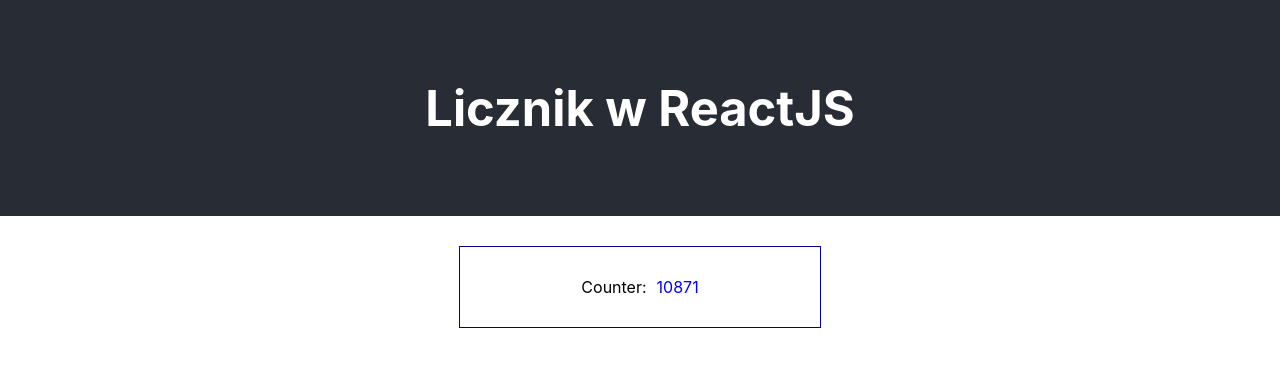
Repository: magdaf41/react-counter-app
Page: /
The author's editor kept a copy of each file at every save. The page is drawn from the files as they stood at one save, then again after the next save.
The browser window is 1280 px wide. The pictures show the whole page.
The project was rebuilt for these pictures with package versions that can differ from the ones it lists, and the page was loaded fresh each time.

Above is the page before, as saved 2020-10-04 11:22:02.

After the next save:
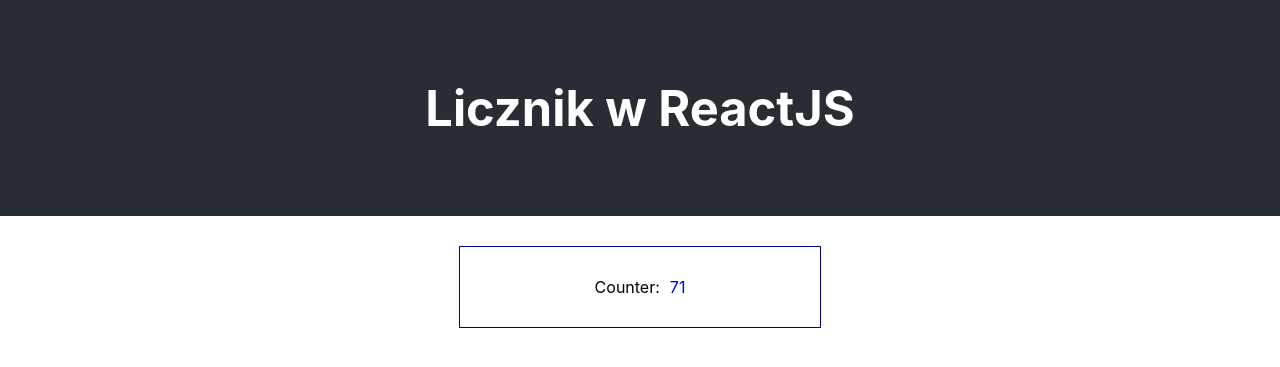
Saved 36 s later.
--- a/src/Counter.js
+++ b/src/Counter.js
@@ -8,7 +8,6 @@ function Counter(props) {
         <div className="counter">
             Counter:
             <span className="value">
-                108
                 {Math.floor(Math.random() * (108 - 1 + 1) + 1)}
             </span>
         </div>
